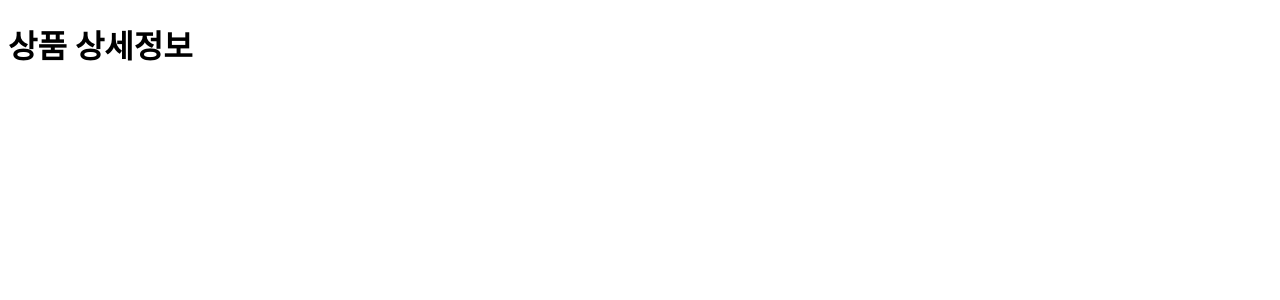
Repository: sujeong1799/JSP
Page: http://localhost/jsp_study/detail.jsp
An editor plug-in stored every save of this project. The page is shown before and after the next save, followed by the edit.
The browser window is 1280 px wide. The pictures show the whole page.
The page is served by Tomcat 9.

Above is the page before, as saved 2023-05-11 05:05:05.

After the next save:
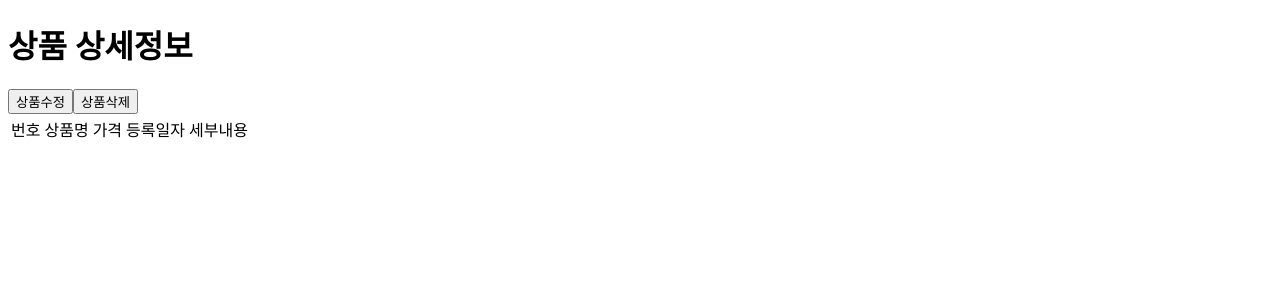
Saved 2 min 48 s later.
--- a/jsp_project1/jsp_study/src/main/webapp/detail.jsp
+++ b/jsp_project1/jsp_study/src/main/webapp/detail.jsp
@@ -1,5 +1,5 @@
 <%@ page language="java" contentType="text/html; charset=UTF-8"
-    pageEncoding="UTF-8"%>
+	pageEncoding="UTF-8"%>
 <!DOCTYPE html>
 <html>
 <head>
@@ -8,7 +8,21 @@
 </head>
 <body>
 	<h1>상품 상세정보</h1>
-
+	<table>
+		<thead>
+			<tr>
+				<td>번호</td>
+				<td>상품명</td>
+				<td>가격</td>
+				<td>등록일자</td>
+				<td>세부내용</td>
+			</tr>
+		</thead>
+		<tbody>
+		<a href="index.jsp"><button type="button">상품수정</button></a>
+		<a href="index.jsp"><button type="button">상품삭제</button></a>
+		</tbody>
+	</table>
 
 </body>
 </html>
